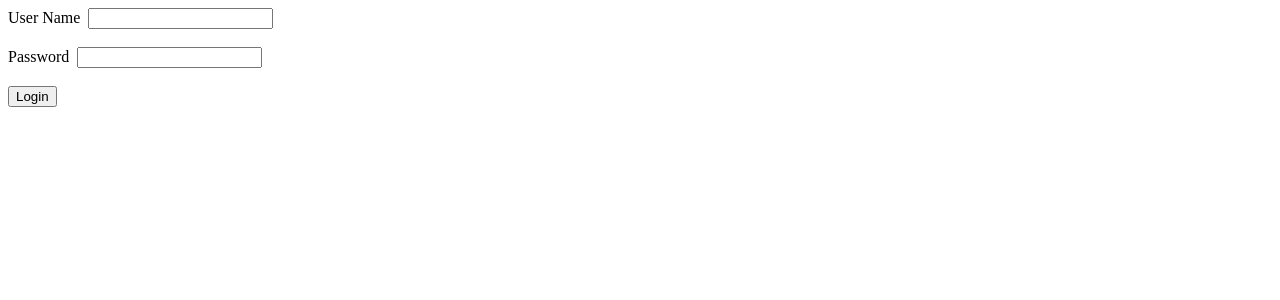
Repository: JagpreetJattana/Comp313-Programming-Project
Page: http://localhost/Comp313Web/
An editor plug-in stored every save of this project. The page is shown before and after the next save, followed by the edit.
The browser window is 1280 px wide. The pictures show the whole page.
The page is served by Tomcat 9. Other server files are loaded and not shown.

Above is the page before, as saved 2016-02-09 05:19:16.

### Comp313Web/WebContent/index.jsp
<%@ page language="java" contentType="text/html; charset=ISO-8859-1"
    pageEncoding="ISO-8859-1"%>
<!DOCTYPE html PUBLIC "-//W3C//DTD HTML 4.01 Transitional//EN" "http://www.w3.org/TR/html4/loose.dtd">
<html>
<head>
<meta http-equiv="Content-Type" content="text/html; charset=ISO-8859-1">
<title>Find my phone</title>
</head>
<body>
<form action="${pageContext.request.contextPath}/userServlet" method="get">
User Name &nbsp;<input type="text" name="uname"><br><br>
			Password &nbsp;<input type="password" name="pwd"><br><br>


			<input type ="submit" value="Login" name="loginbtn" style="text:align:center">

</form>

</body>
</html>

After the next save:
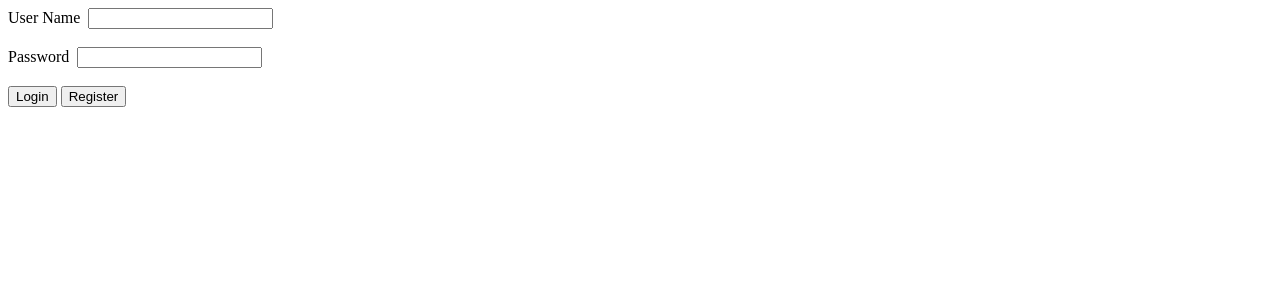
Saved 66 s later.
--- a/Comp313Web/WebContent/index.jsp
+++ b/Comp313Web/WebContent/index.jsp
@@ -14,6 +14,8 @@ User Name &nbsp;<input type="text" name="uname"><br><br>
 
 			<input type ="submit" value="Login" name="loginbtn" style="text:align:center">
 
+			<input type ="submit" value="Register" name="logbtn" style="text:align:center">
+
 </form>
 
 </body>
